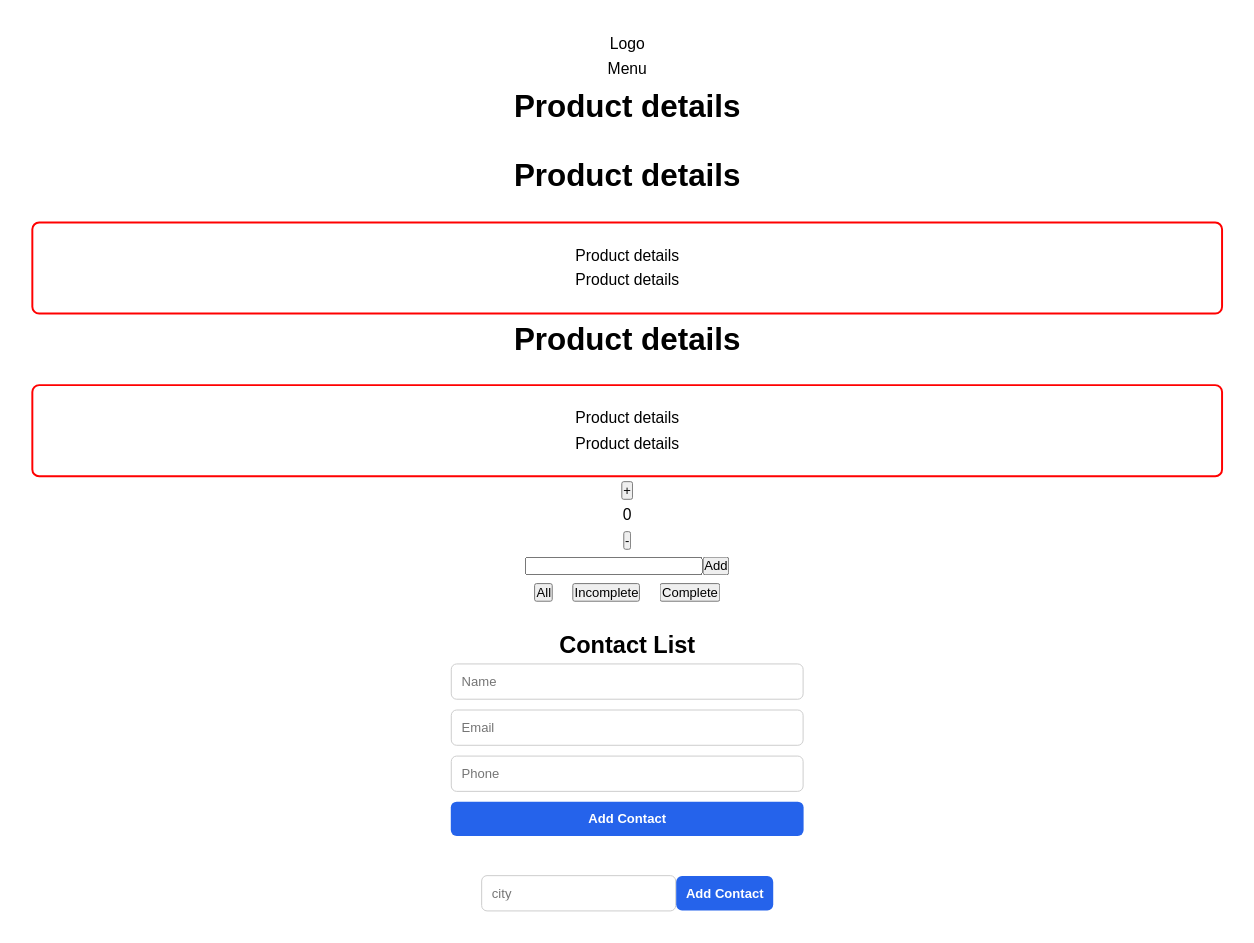
Repository: Manny1294/react-learning
Page: /
These files come from the project's save history. The page is drawn as it stood at one moment and after the next save; the edit follows.
The browser window is 1280 px wide. The pictures show the whole page, at 98% of full size.
The project was rebuilt for these pictures with package versions that can differ from the ones it lists, and the page was loaded fresh each time. Also part of the build but not shown: vite.config.js, src/components/Toggle.jsx, src/components/UserList.jsx.

Above is the page before, as saved 2026-02-04 10:53:38.

### index.html
<!doctype html>
<html lang="en">
  <head>
    <meta charset="UTF-8" />
    <link rel="icon" type="image/svg+xml" href="/vite.svg" />
    <meta name="viewport" content="width=device-width, initial-scale=1.0" />
    <title>my-react-lesson</title>
  </head>
  <body>
    <div id="root"></div>
    <script type="module" src="/src/main.jsx"></script>
  </body>
</html>

### src/index.css
* {
  margin: 0;
  padding: 0;
  box-sizing: border-box;
}

body {
  font-family: Arial, Helvetica, sans-serif;
  line-height: 1.6;
}

### src/App.jsx
import "./App.css";
import ProductCard from "./components/ProductCard";
import NavBar from "./components/NavBar";
import PerfumeImg from "./assets/perfume.jpg";
import Counter from "./components/Counter";
import Todos from "./components/TodoList";
import Toggle from "./components/Toggle";
import ContactList from "./components/ContactList";
import UserList from "./components/UserList";
import WeatherApp from "./components/WeatherApp";

export default function App() {
  const Product = {
    name: "beans",
    price: "200",
    image: PerfumeImg,
    description: "Nigerian-made long grain rice",
  };
  const Product2 = {
    name: "orange",
    price: "700",
    image: PerfumeImg,
    description: "home made orange",
  };
  return (
    <div>
      <NavBar />
      <h1 style={{ marginBottom: "20px" }}>Product details</h1>
      <ProductCard
        name={Product.name}
        price={Product.price}
        image={Product.image}
        description={Product.description}
      />
      <ProductCard
        name={Product2.name}
        price={Product2.price}
        image={Product2.image}
        description={Product2.description}
      />
      <Counter />
      <Todos />
      {/* <Toggle /> */}
      <ContactList />
      {/* <UserList /> */}
      <WeatherApp />
    </div>
  );
}

// export default App;

### src/components/ProductCard.jsx
import "./ProductCard.css";

function ProductCard() {
  return (
    <>
      <h1 style={{ marginBottom: "20px" }}>Product details</h1>
      <div className="card">
        {/* left- pictures */}
        <div>
          <p>Product details</p>
        </div>
        <div>
          <p>Product details</p>
        </div>
      </div>
    </>
  );
}

export default ProductCard;

### src/components/NavBar.jsx
export default function NavBar() {
  return (
    <div>
      <div>
        <p>Logo</p>
      </div>
      <div>
        <p>Menu</p>
      </div>
    </div>
  );
}

### src/components/Counter.jsx
import { useState } from "react";
export default function Counter() {
  const [count, setCount] = useState(0);

  function increaseCount() {
    setCount(count + 1);
  }

  function decreaseCount() {
    if (count > 0) {
      setCount(count - 1);
    }
  }
  return (
    <>
      <button onClick={increaseCount}>+</button>
      <p>{count}</p>
      <button onClick={decreaseCount}>-</button>
    </>
  );
}

### src/components/TodoList.jsx
import { useState } from "react";

export default function Todos() {
  const [todos, setTodos] = useState([]);
  // to track changes when typing in the input textbox
  const [input, setInput] = useState("");

  const [filter, setFilter] = useState("all");

  // to add todo item to the todos object array and clear the input to an empty string afterwards
  function addTodos() {
    setTodos([...todos, { text: input, completed: false }]);
    setInput("");
  }

  // to delete each todo item by filtering through the index
  function deleteTodo(index) {
    setTodos(todos.filter((_, i) => i !== index));
  }

  // to strike through a completed todo item using the index as identifier
  function toggleComplete(index) {
    setTodos(
      todos.map((todo, i) =>
        // confirm if it's the todo we click on and change status if not leave as it is
        i === index ? { ...todo, completed: !todo.completed } : todo,
      ),
    );
  }

  // logic to filter the todos based on their status
  let filteredTodos;
  if (filter === "all") {
    filteredTodos = todos;
  } else if (filter === "complete") {
    filteredTodos = todos.filter((todo) => todo.completed === true);
  } else if (filter === "incomplete") {
    filteredTodos = todos.filter((todo) => todo.completed === false);
  }

  return (
    <>
      <div>
        <input
          type="text"
          value={input}
          onChange={(event) => {
            console.log("Typing:", event.target.value);
            setInput(event.target.value);
          }}
        ></input>

        <button onClick={addTodos}>Add</button>
        <div
          style={{
            display: "flex",
            gap: "20px",
            alignItems: "center",
            justifyContent: "center",
            margin: "5px",
          }}
        >
          {/* buttons to filter the different starus of todo. items */}
          <button onClick={() => setFilter("all")}>All</button>
          <button onClick={() => setFilter("incomplete")}>Incomplete</button>
          <button onClick={() => setFilter("complete")}>Complete</button>
        </div>

        {/* conditional rendering */}
        {filteredTodos.map((todo, index) => (
          <li
            key={index}
            onClick={() => toggleComplete(index)}
            style={{
              textDecoration: todo.completed ? "line-through" : "none",
              color: todo.completed ? "red" : "black",
              cursor: "pointer",
            }}
          >
            {todo.text}
            <button
              onClick={(e) => {
                e.stopPropagation();
                deleteTodo(index);
              }}
            >
              Delete
            </button>
          </li>
        ))}
      </div>
    </>
  );
}

### src/components/ContactList.jsx
import { useState } from "react";

export default function ContactList() {
  // store all contacts in an array list
  const [contacts, setContacts] = useState([]);

  // Object to track what the user is currently typing in each input field
  const [input, setInput] = useState({ name: "", email: "", phone: "" });

  //   to spread the existing contacts and add the new entry amd also clear the input after adding new entry
  function addContact() {
    setContacts([...contacts, input]);
    setInput({ name: "", email: "", phone: "" });
  }

  return (
    <>
      <div style={{ padding: "20px", maxWidth: "400px", margin: "0 auto" }}>
        <h2>Contact List</h2>

        <div style={{ display: "flex", flexDirection: "column", gap: "10px" }}>
          <input
            type="text"
            placeholder="Name"
            value={input.name}
            onChange={(event) =>
              // when user types, spread existing input object and only update the name property
              setInput({ ...input, name: event.target.value })
            }
            style={{
              padding: "10px",
              borderRadius: "6px",
              border: "1px solid #ccc",
            }}
          />

          <input
            type="text"
            placeholder="Email"
            value={input.email}
            onChange={(event) =>
              setInput({ ...input, email: event.target.value })
            }
            style={{
              padding: "10px",
              borderRadius: "6px",
              border: "1px solid #ccc",
            }}
          />

          <input
            type="number"
            placeholder="Phone"
            value={input.phone}
            onChange={(event) =>
              setInput({ ...input, phone: event.target.value })
            }
            style={{
              padding: "10px",
              borderRadius: "6px",
              border: "1px solid #ccc",
            }}
          />

          <button
            onClick={addContact}
            style={{
              padding: "10px",
              background: "#2563eb",
              color: "white",
              border: "none",
              borderRadius: "6px",
              cursor: "pointer",
              fontWeight: "600",
            }}
          >
            Add Contact
          </button>
        </div>

        {/* Display contacts */}
        <ul style={{ listStyle: "none", marginTop: "20px", padding: 0 }}>
          {contacts.map((contact, index) => (
            <li
              key={index}
              style={{
                border: "1px solid #e0e0e0",
                borderRadius: "8px",
                padding: "12px",
                marginBottom: "10px",
                display: "flex",
                justifyContent: "space-between",
                alignItems: "center",
              }}
            >
              <div>
                <p style={{ margin: "4px 0", fontWeight: "600" }}>
                  {contact.name}
                </p>

                <p style={{ margin: "4px 0", color: "#666", fontSize: "14px" }}>
                  {contact.email}
                </p>

                <p style={{ margin: "4px 0", color: "#666", fontSize: "14px" }}>
                  {contact.phone}
                </p>
              </div>

              <button
                onClick={() =>
                  setContacts(contacts.filter((_, i) => i !== index))
                }
                style={{
                  background: "#ef4444",
                  color: "white",
                  border: "none",
                  borderRadius: "6px",
                  padding: "6px 12px",
                  cursor: "pointer",
                }}
              >
                Delete
              </button>
            </li>
          ))}
        </ul>
      </div>
    </>
  );
}

### src/components/WeatherApp.jsx
import { useState } from "react";
import axios from "axios";

export default function WeatherApp() {
  const [weather, setWeather] = useState(null); // an object -null until i fetch
  const [city, setCity] = useState(""); // a string
  const [loading, setLoading] = useState(true);

  function fetchWeather() {
    setLoading(true);
    axios
      .get(
        "https://api.openweathermap.org/data/2.5/weather?q={city}&APPID=8c99ea5adb81765db0a5e24e8cdedc69",
      )
      .then((res) => {
        setWeather(res.data);
        loading(false);
      });
  }
  return (
    <>
      <input
        type="text"
        placeholder="city"
        style={{
          padding: "10px",
          borderRadius: "6px",
          border: "1px solid #ccc",
        }}
      />

      <button
        onClick={fetchWeather}
        style={{
          padding: "10px",
          background: "#2563eb",
          color: "white",
          border: "none",
          borderRadius: "6px",
          cursor: "pointer",
          fontWeight: "600",
        }}
      >
        Add Contact
      </button>
    </>
  );
}

### src/components/ProductCard.css
.card {
  border: 2px solid hsl(0, 100%, 50%);
  padding: 20px;
  border-radius: 8px;
}

Loaded but not shown: src/main.jsx (common file); src/App.css (common file)

After the next save:
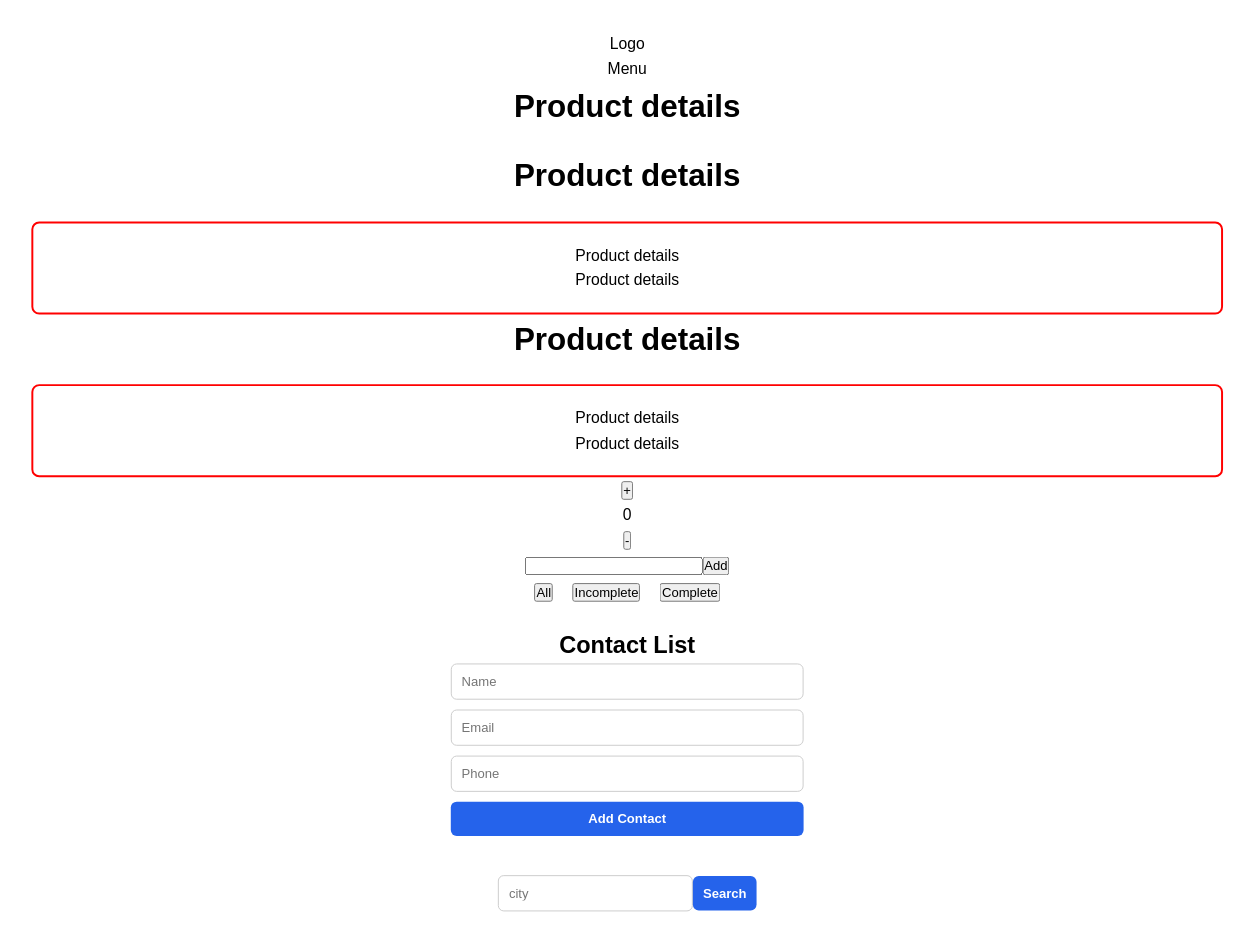
Saved 13 s later.
--- a/src/components/WeatherApp.jsx
+++ b/src/components/WeatherApp.jsx
@@ -41,7 +41,7 @@ export default function WeatherApp() {
           fontWeight: "600",
         }}
       >
-        Add Contact
+        Search
       </button>
     </>
   );
